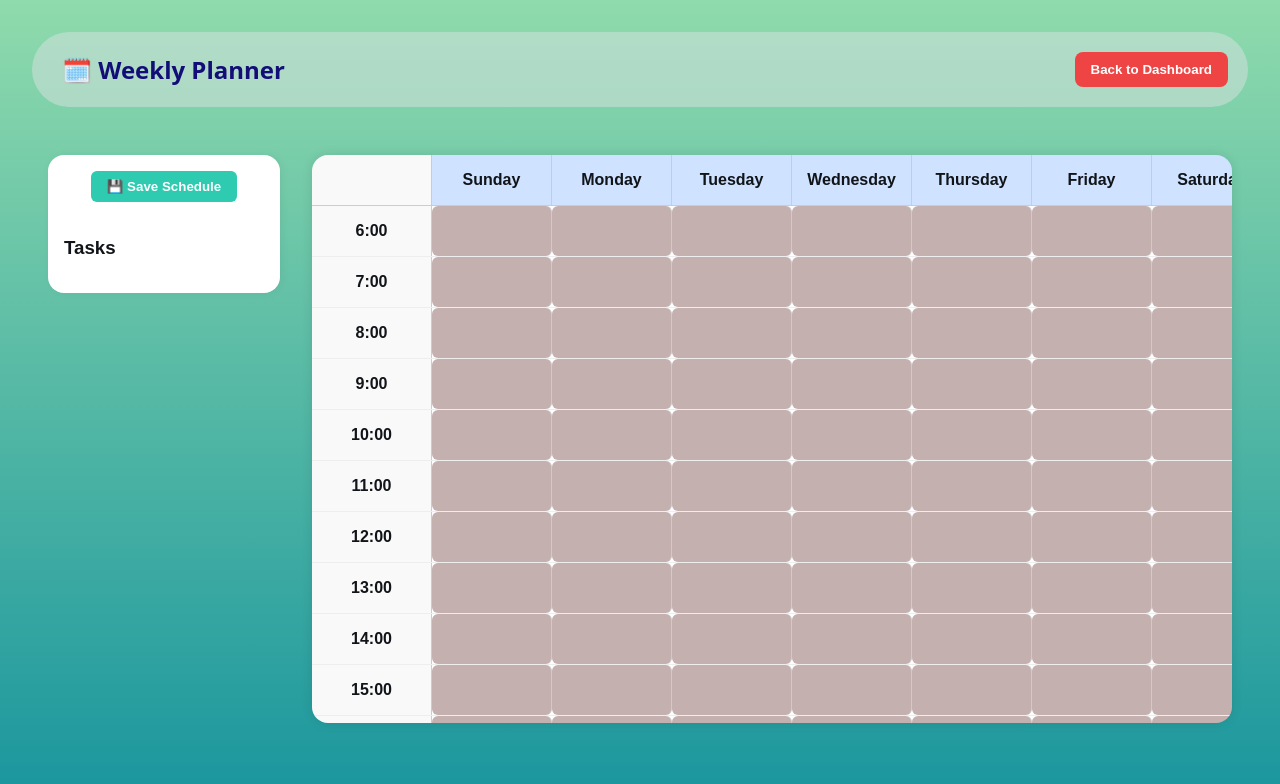
Repository: RachelB9913/smart-task-and-habit-tracker
Page: /schedule
An editor plug-in stored every save of this project. The page is shown before and after a run of saves, followed by the edit.
The browser window is 1280 px wide. The pictures show the whole page.
An inner scrolling area shows only its first screen. The project was rebuilt for these pictures with package versions that can differ from the ones it lists, and the page was loaded fresh each time. Also part of the build but not shown: src/components/PageWrapper.js, src/components/welcome.js, src/services/api.js, src/components/Login.js, src/components/Register.js, src/components/DashBoard.js.

Above is the page before, as saved 2025-06-23 13:32:24.

### src/components/SchedulePlanner.js
// SchedulePlanner.js
import React, { useState, useEffect } from "react";
import { useLocation, useNavigate } from "react-router-dom";
import {
  DragDropContext,
  Droppable,
  Draggable,
} from "@hello-pangea/dnd";
import "./SchedulePlanner.css";
import "../Dashboard.css";

const hours = Array.from({ length: 18 }, (_, i) => i + 6); // 6 to 23
const days = [
  "Sunday",
  "Monday",
  "Tuesday",
  "Wednesday",
  "Thursday",
  "Friday",
  "Saturday",
];

const timeBlocks = {
  morning: [6, 7, 8, 9, 10],       // 6AM–10AM
  noon: [11, 12, 13, 14],          // 11AM–2PM
  evening: [17, 18, 19, 20, 21],   // 5PM–9PM
};

function getPreferredHours(preferredTime) {
  if (!preferredTime) return [];

  // Case: exact time string like "14:00"
  if (preferredTime.includes(":")) {
    const hour = parseInt(preferredTime.split(":")[0], 10);
    return [hour];
  }

  // Case: general time block like "morning"
  const block = timeBlocks[preferredTime.toLowerCase()];
  return block || [];
}

const allDays = ["Sunday", "Monday", "Tuesday", "Wednesday", "Thursday", "Friday", "Saturday"];
function getDaysFromFrequency(freq) {
  if (!freq) return [];

  if (freq === "Daily") return allDays;

  // Case: custom days like "Mon,Wed,Fri"
  if (freq.includes(",")) {
    return freq.split(",").map(day => {
      switch (day.trim().toLowerCase()) {
        case "mon": return "Monday";
        case "tue": return "Tuesday";
        case "wed": return "Wednesday";
        case "thu": return "Thursday";
        case "fri": return "Friday";
        case "sat": return "Saturday";
        case "sun": return "Sunday";
        default: return null;
      }
    }).filter(Boolean);
  }

  // Case: "Every 3 days"
  const match = freq.match(/Every (\d+) days/);
  if (match) {
    const step = parseInt(match[1], 10);
    return allDays.filter((_, idx) => idx % step === 0);
  }

  return [];
}

function autoPlaceHabits(habits, currentSchedule, tasks) {
  const newSchedule = { ...currentSchedule };

  habits.forEach(habit => {
    if (!habit.frequency || !habit.preferredTime) return;

    const candidateDays = getDaysFromFrequency(habit.frequency);
    const candidateHours = getPreferredHours(habit.preferredTime);

    for (const day of candidateDays) {
      for (const hour of candidateHours) {
        const slotKey = `${day}-${hour}:00`;

        const isSlotTaken = Object.keys(newSchedule).includes(slotKey) ||
          tasks.some(t => t.scheduledTime === slotKey);

        if (!isSlotTaken) {
          newSchedule[slotKey] = `habit-${habit.id}`;
          break;
        }
      }
    }
  });

  return newSchedule;
}

export default function SchedulePlanner() {
  const location = useLocation();
  const navigate = useNavigate();
  const [tasks, setTasks] = useState([]);
  const [scheduledTasks, setScheduledTasks] = useState({});

  const saveSchedule = () => {
    localStorage.setItem("savedSchedule", JSON.stringify(scheduledTasks));
    alert("Schedule saved!");
  };

  const handleAutoPlace = () => {
    const newSchedule = autoPlaceHabits(habits, scheduledTasks, tasks);
    setScheduledTasks(newSchedule);
    localStorage.setItem("savedSchedule", JSON.stringify(newSchedule));
  };

  const scheduledTasksByTime = {};
  tasks.forEach(task => {
    if (task.scheduledTime) {
      const [day, time] = task.scheduledTime.split(" ");
      const key = `${day}-${time}`;
      if (!scheduledTasksByTime[key]) {
        scheduledTasksByTime[key] = [];
      }
      scheduledTasksByTime[key].push(task);
    }
  });

  useEffect(() => {
    const saved = localStorage.getItem("savedSchedule");
    if (saved) setScheduledTasks(JSON.parse(saved));
  }, []);

 useEffect(() => {
  const userId = localStorage.getItem("userId");
  if (!userId) return;

    fetch(`http://localhost:8080/api/users/${userId}`)
      .then(res => res.json())
      .then(async (userData) => {
        const taskDetails = await Promise.all(
          (userData.taskIds || []).map(id =>
            fetch(`http://localhost:8080/api/tasks/${id}`).then(res => res.json())
          )
        );

        setTasks(taskDetails);

        const initialSchedule = {};
        taskDetails.forEach(task => {
          if (task.scheduledTime) {
            initialSchedule[task.scheduledTime] = String(task.id);
          }
        });
        setScheduledTasks(initialSchedule);
      })
      .catch(err => console.error("Failed to load tasks:", err));
  }, []);

  const onDragEnd = (result) => {
    const { destination, draggableId } = result;
    if (!destination) return;

    setScheduledTasks((prev) => {
      const updated = { ...prev };

      // Remove task from previous slot if it was scheduled before
      Object.keys(updated).forEach((key) => {
        if (updated[key] === draggableId) {
          delete updated[key];
        }
      });

      // Add to the new slot
      updated[destination.droppableId] = draggableId;

      fetch(`http://localhost:8080/api/tasks/${draggableId}/schedule`, {
        method: "PUT",
        headers: { "Content-Type": "application/json" },
        body: JSON.stringify({ scheduledTime: destination.droppableId }),
      })
        .then((res) => {
          if (!res.ok) throw new Error("Failed to schedule task");
          return res.json();
        })
        .then((data) => console.log("✅ Scheduled:", data))
        .catch((err) => console.error("❌ Error scheduling task:", err));

      return updated;
    });
  };

  return (
    <div className="dashboard-container light">
      <header className="dashboard-header">
        <div className="header-left">
          <h2>🗓️ Weekly Planner</h2>
        </div>
        <div className="header-right">
          <button onClick={() => navigate("/dashboard")} className="logout-button">
            Back to Dashboard
          </button>
        </div>
      </header>

      <DragDropContext onDragEnd={onDragEnd}>
        <div className="planner-container">
          <aside className="task-sidebar">
            <div className="save-button-container">
              <button className="save-button" onClick={saveSchedule}>
                💾 Save Schedule
              </button>
            </div>
            <h3>Tasks</h3>
            <Droppable droppableId="taskList">
              {(provided) => (
                <ul {...provided.droppableProps} ref={provided.innerRef}>
                  {tasks.map((task, index) => {
                    const isScheduled = Object.values(scheduledTasks).includes(String(task.id));
                    return (
                      <Draggable
                        draggableId={String(task.id)}
                        index={index}
                        key={`${task.id}-${isScheduled ? "scheduled" : "unscheduled"}`}
                      >
                        {(provided, snapshot) => (
                          <li
                            className={`task-item ${isScheduled || task.status === "Done" ? "grayed-out" : ""}`}
                            style={snapshot.isDragging ? { boxShadow: '0 0 6px #999' } : {}}
                            ref={provided.innerRef}
                            {...provided.draggableProps}
                            {...provided.dragHandleProps}
                          >
                            {task.title}
                          </li>
                        )}
                      </Draggable>
                    );
                  })}
                  {provided.placeholder}
                </ul>
              )}
            </Droppable>
          </aside>

          <main className="calendar-grid">
            <div className="grid-header">
              <div className="cell hour-cell"></div>
              {days.map((day) => (
                <div key={day} className="cell day-cell">
                  {day}
                </div>
              ))}
            </div>

            <div className="grid-body">
              {hours.map((hour) => (
                <div className="row" key={hour}>
                  <div className="cell hour-cell">{hour}:00</div>
                  {days.map((day) => {
                    const slotId = `${day}-${hour}:00`;
                    const taskId = scheduledTasks[slotId];
                    const task = tasks.find((t) => String(t.id) === taskId);

                    return (
                      <Droppable droppableId={slotId} key={slotId}>
                        {(provided, snapshot) => (
                          <div
                            className={`cell time-slot ${snapshot.isDraggingOver ? "drag-over" : ""}`}
                            ref={provided.innerRef}
                            {...provided.droppableProps}
                          >
                            {task && (
                              <Draggable draggableId={String(task.id)} index={0}>
                                {(provided) => (
                                  <div
                                    className={`scheduled-task ${task.status === "Done" ? "done-task" : ""}`}
                                    ref={provided.innerRef}
                                    {...provided.draggableProps}
                                    {...provided.dragHandleProps}
                                  >
                                    <span>{task.title}</span>
                                    <div style={{ display: "flex", alignItems: "center" }}>
                                      {task.status !== "Done" && (
                                        <>
                                          <button
                                            className="mark-done-btn"
                                            onClick={(e) => {
                                              e.stopPropagation();

                                              fetch(`http://localhost:8080/api/tasks/${task.id}/status`, {
                                                method: "PATCH",
                                                headers: { "Content-Type": "application/json" },
                                                body: JSON.stringify({ status: "Done" }),
                                              })
                                                .then((res) => {
                                                  if (!res.ok) throw new Error("Failed to mark done");
                                                  return res.text();
                                                })
                                                .then(() => {
                                                  task.status = "Done";
                                                  setScheduledTasks((prev) => ({ ...prev }));
                                                })
                                                .catch((err) => console.error("❌ Failed to mark done:", err));
                                            }}
                                          >
                                            ✅
                                          </button>

                                          <button
                                            className="remove-btn"
                                            onClick={(e) => {
                                              e.stopPropagation();
                                              setScheduledTasks((prev) => {
                                                const updated = { ...prev };
                                                delete updated[slotId];
                                                return updated;
                                              });

                                              fetch(`http://localhost:8080/api/tasks/${task.id}/schedule`, {
                                                method: "PUT",
                                                headers: { "Content-Type": "application/json" },
                                                body: JSON.stringify({ scheduledTime: null }),
                                              })
                                                .then((res) => res.json())
                                                .then((data) => console.log("🗑️ Unschedule successful:", data))
                                                .catch((err) => console.error("❌ Error unscheduling task:", err));
                                            }}
                                          >
                                            ❌
                                          </button>
                                        </>
                                      )}
                                    </div>
                                  </div>
                                )}
                              </Draggable>
                            )}

                            {(scheduledTasksByTime[slotId] || []).map((t) => (
                              (!task || t.id !== task.id) && (
                                <div key={t.id} className="scheduled-task db-task">
                                  {t.title}
                                </div>
                              )
                            ))}

                            {provided.placeholder}
                          </div>
                        )}
                      </Droppable>
                    );
                  })}
                </div>
              ))}
            </div>
          </main>
        </div>
      </DragDropContext>
    </div>
  );
}

### src/App.css
form input {
  width: 100%;
  padding: 0.75rem;
  margin-bottom: 1rem;
  border: 1px solid #ddd;
  border-radius: 0.5rem;
  font-size: 1rem;
  transition: border-color 0.2s;
}

form input:focus {
  border-color: #6366f1; /* Indigo */
  outline: none;
}

form button,
.form-container button {
  width: 100%;
  padding: 0.75rem;
  font-size: 1rem;
  color: white;
  background-color: #6d6ed0; /* Indigo */
  border: none;
  border-radius: 0.5rem;
  cursor: pointer;
  transition: background-color 0.2s;
}

form button:hover,
.form-container button:hover {
  background-color: #4f46e5; /* Darker Indigo */
}

.form-container {
  max-width: 400px;
  margin: 100px auto;
  padding: 2rem;
  background-color: white;
  border-radius: 1rem;
  box-shadow: 0 8px 20px rgba(0, 0, 0, 0.1);
  text-align: center;
}

h2 {
  margin-bottom: 1.5rem;
  color: #130e77;
  font-size: 2rem;
  font-weight: 500;

}

.welcome-root {
  font-family: 'Manrope', 'Noto Sans', sans-serif;
  background: linear-gradient(to bottom, hsl(143, 51%, 71%), #1c979e);
  color: #111418;
  min-height: 100vh;
  display: flex;
  flex-direction: column;
}

.welcome-header {
  display: flex;
  justify-content: space-between;
  align-items: center;
  padding: 0rem 2rem;
  border-bottom: 1px solid #030f21;
  background-color: rgb(255, 255, 255);
}

.logo-area {
  display: flex;
  align-items: center;
  gap: 0.5rem;
}

.nav-links, .nav-actions {
  display: flex;
  gap: 1rem;
  align-items: center;
}

.nav-links a, .footer a {
  text-decoration: none;
  font-weight: 500;
  color: #111418;
}

.nav-actions button {
  padding: 0.5rem 1rem;
  border-radius: 8px;
  border: none;
  font-weight: bold;
  cursor: pointer;
}

/* top buttons */
.nav-actions button:first-child {
  background: #0c7ff2;
  color: white;
}

.nav-actions button:first-child:hover {
  background: #0361bf; /* new hover color */
  color: #e3e3e3;      /* optional: change text color on hover */
}

.nav-actions button:last-child {
  background: #f0f2f5;
  color: #111418;
}

.nav-actions button:last-child:hover {
  background: #b5b8bd; /* new hover color */
  color: #0c7ff2;      /* optional: change text color on hover */
}

.welcome-hero {
  background: transparent;
  padding: 3rem 2rem;
  text-align: center;
  color: rgb(1, 0, 9);
}

.welcome-hero h1 {
  font-size: 2.5rem;
  font-weight: 800;
}

.hero-actions {
  margin-top: 2rem;
  display: flex;
  justify-content: center;
  gap: 1rem;
}

.hero-actions button {
  padding: 0.75rem 1.5rem;
  font-weight: bold;
  border-radius: 8px;
  border: none;
  cursor: pointer;
}

/* center buttons */
.hero-actions button:first-child {
  background-color: #0c7ff2;
  color: white;
}

.hero-actions button:first-child:hover {
  background-color: #0c7ff2;
  color: white;
  border: #0d1101 1px solid;
}

.hero-actions button:last-child {
  background-color: #f0f2f5;
  color: #111418;
}

.hero-actions button:last-child:hover {
  background-color: #f0f2f5;
  color: #111418;
  border: #0d1101 1px solid;
}

.features {
  padding: 3rem 2rem;
  text-align: center;
}

.feature-cards {
  display: flex;
  gap: 1rem;
  flex-wrap: wrap;
  justify-content: center;
  margin-top: 2rem;
}

.feature-card {
  background: white;
  padding: 1.5rem;
  border-radius: 12px;
  border: 1px solid #052246;
  max-width: 300px;
  text-align: left;
  text-align: center;
  box-shadow: 0 4px 10px rgba(0, 0, 0, 0.5);

}

.footer {
  text-align: center;
  padding: 2rem;
  font-size: 1.1rem;
  color: #0d1101;
}

.register-background {
  background: linear-gradient(to left top, hsl(143, 51%, 71%), #1c979e);
  min-height: 100vh;
  display: flex;
  align-items: center;
  justify-content: center;
}

.login-background {
  background: linear-gradient(to right bottom, hsl(143, 51%, 71%), #1c979e);
  min-height: 100vh;
  display: flex;
  align-items: center;
  justify-content: center;
}

### src/components/Auth.css
.auth-container {
  max-width: 400px;
  margin: 60px auto;
  padding: 2rem;
  background-color: #f8f9fa;
  border-radius: 12px;
  box-shadow: 0 2px 10px rgba(0, 0, 0, 0.1);
}

.auth-form {
  display: flex;
  flex-direction: column;
  gap: 1rem;
}

.auth-form input {
  padding: 0.75rem;
  border-radius: 8px;
  border: 1px solid #ccc;
  font-size: 1rem;
}

.auth-form button {
  padding: 0.75rem;
  background-color: #007bff;
  color: white;
  border: none;
  border-radius: 8px;
  font-size: 1rem;
  cursor: pointer;
}

.auth-form button:hover {
  background-color: #0056b3;
}


.dashboard-header {
  display: flex;
  justify-content: flex-end;
  padding: 20px;
}

.dashboard-header button {
  padding: 10px 16px;
  background-color: #ef4444; /* red */
  color: white;
  border: none;
  border-radius: 8px;
  font-weight: bold;
  cursor: pointer;
}

.dashboard-header button:hover {
  background-color: #ad2626;
}

.button-group {
  display: flex;
  flex-direction: column;
  gap: 10px; /* Adjust the space between buttons */
}

### src/components/SchedulePlanner.css
.planner-container {
  display: flex;
  height: calc(100vh - 120px); /* adjusted for header */
  font-family: 'Manrope', sans-serif;
}

.task-sidebar {
  width: 200px;
  background: white;
  padding: 1rem;
  box-shadow: 2px 0 8px rgba(0,0,0,0.05);
  border-radius: 1rem;
  margin: 1rem;
  height: fit-content;
}

.task-item {
  background: hsl(210, 34%, 76%);
  color: #031d3e;
  margin: 0.5rem 0;
  padding: 0.6rem;
  border-radius: 10px;
  font-weight: 600;
  box-shadow: 0 2px 4px rgba(0,0,0,0.1);
}

.calendar-grid {
  flex: 1;
  overflow: auto;
  margin: 1rem;
  border-radius: 1rem;
  background: white;
  box-shadow: 0 0 12px rgba(0, 0, 0, 0.1);
  max-width: calc(80px + 7.5 * 120px); /* 1 hour column + 7 days */

}

.grid-header {
  display: flex;
  background: #cfe2ff;
  font-weight: bold;
  border-bottom: 1px solid #ccc;
}

.grid-body .row {
  display: flex;
  border-bottom: 1px solid #eee;
}

.cell {
  width: 120px;
  height: 50px;
  min-width: 120px;
  min-height: 50px;
  max-width: 120px;
  max-height: 50px;
  overflow: hidden;
  border-right: 1px solid #ccc;
  box-sizing: border-box;
  padding: 0.5rem;
}

.hour-cell {
  background: #f9f9f9;
  width: 80px;
  font-weight: bold;
  display: flex;
  align-items: center;
  justify-content: center;
  border-right: 1px solid #ccc;
  height: 50px; /* same as .day-cell and .time-slot */
}

.time-slot {
  background-color: #c5b0b0;
  border-radius: 6px;
  height: 50px;
  display: flex;
  justify-content: center;
  align-items: center;
  padding: 0;
}

.time-slot:hover {
  background-color: #e7f5ff;
  cursor: pointer;
}

.day-cell {
  display: flex;
  align-items: center;
  justify-content: center;
  text-align: center;
  background: #cfe2ff;
  border-right: 1px solid #ccc;
  height: 50px; /* ensure consistent cell height */
  font-weight: 600;
}

.scheduled-task {
  background-color: #a8dadc;
  padding: 2px 10px;
  border-radius: 6px;
  font-weight: 500;
  font-size: 0.8rem;
  text-align: center;
  display: flexbox;
  justify-content: space-between;
  align-items: center;
  overflow: hidden;
  text-overflow: ellipsis;
}

.remove-btn {
  background: none;
  border: none;
  color: #d00000;
  font-size: 0.8rem;
  cursor: pointer;
  margin-left: 0.5rem;
}

.grayed-out {
  opacity: 0.5;
  pointer-events: none;
}

.save-button {
  margin-bottom: 1rem;
  padding: 0.5rem 1rem;
  background-color: #2ecbb1;
  color: white;
  border: none;
  border-radius: 6px;
  font-weight: bold;
  cursor: pointer;
  transition: background-color 0.2s ease;
}

.save-button:hover {
  background-color: #137969;
}

.save-button-container {
  display: flex;
  justify-content: center;
  margin-bottom: 1rem;
}

.done-task {
  background-color: #90ee90; /* light green for done tasks */
}

.mark-done-btn {
  background: none;
  border: none;
  color: green;
  font-size: 1rem;
  cursor: pointer;
  margin-left: 0.5rem;
}

Loaded but not shown: public/index.html (common file); src/index.js (common file); src/index.css (common file); src/reportWebVitals.js (common file); src/App.js (23 lines, source omitted); src/Dashboard.css (229 lines, source omitted)

After the next 2 saves:
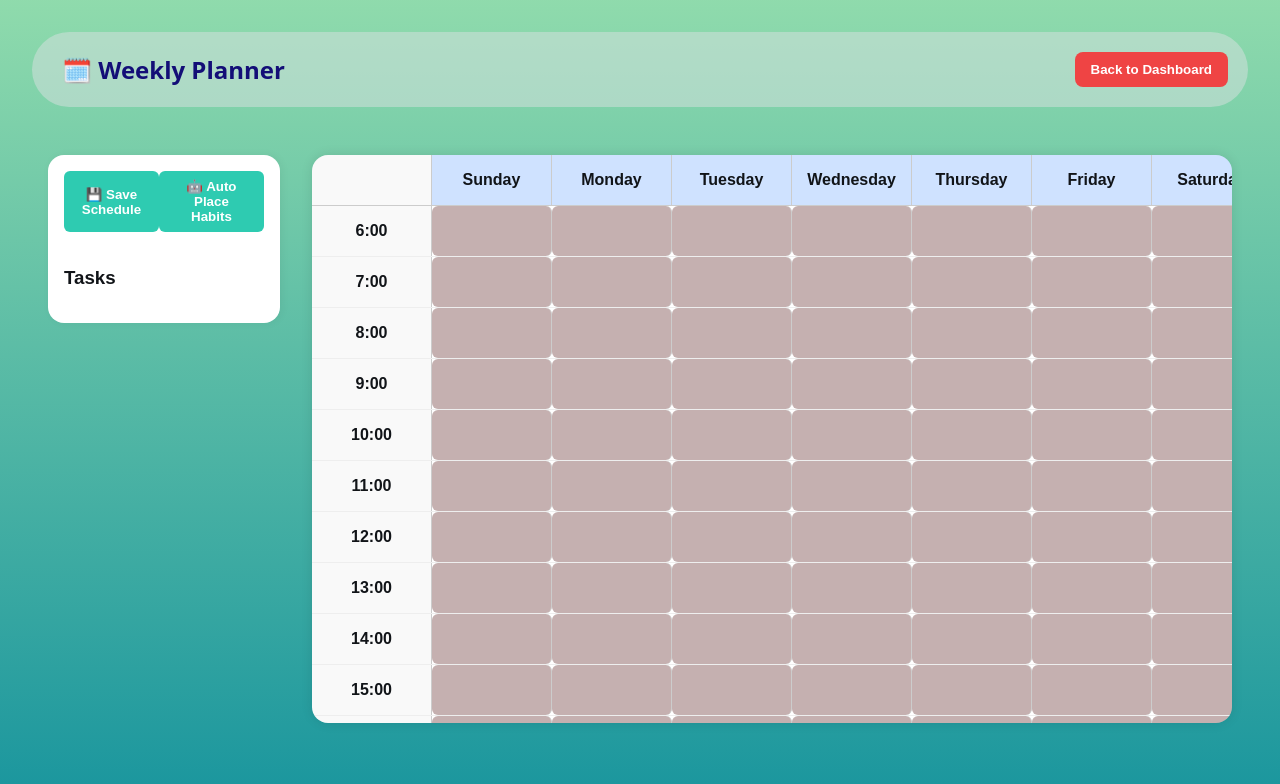
The 2 saves are shown as one change because they came seconds apart.
The last was saved 35 s later.
--- a/src/components/SchedulePlanner.js
+++ b/src/components/SchedulePlanner.js
@@ -211,6 +211,9 @@ export default function SchedulePlanner() {
             <div className="save-button-container">
               <button className="save-button" onClick={saveSchedule}>
                 💾 Save Schedule
+              </button>
+              <button className="save-button" onClick={handleAutoPlace}>
+                🤖 Auto Place Habits
               </button>
             </div>
             <h3>Tasks</h3>
